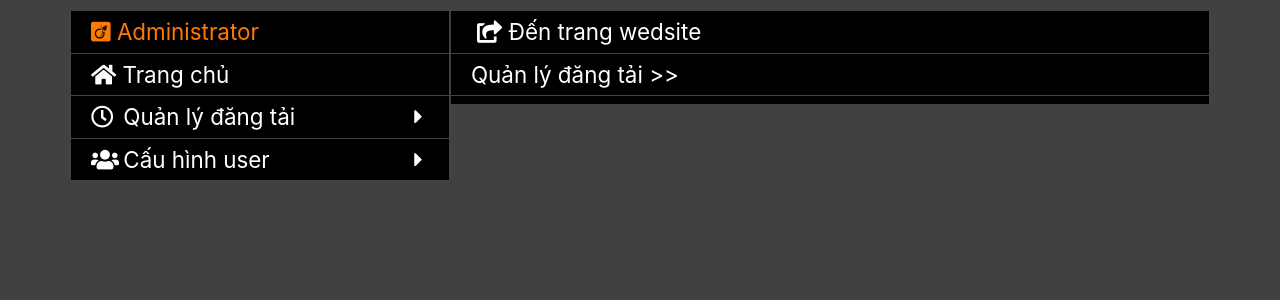
Repository: SonNguyen892002/Lau-Dai-Code
Page: http://localhost/wed-jdbc-1-2023/common/admin/header.jsp
These files come from the project's save history. The page is drawn as it stood at one moment and after the next save; the edit follows.
The browser window is 1280 px wide. The pictures show the whole page.
The page is served by Tomcat 9. Nobody is signed in. The application's start-up code is not run.

Above is the page before, as saved 2022-01-15 13:49:04.

After the next save:
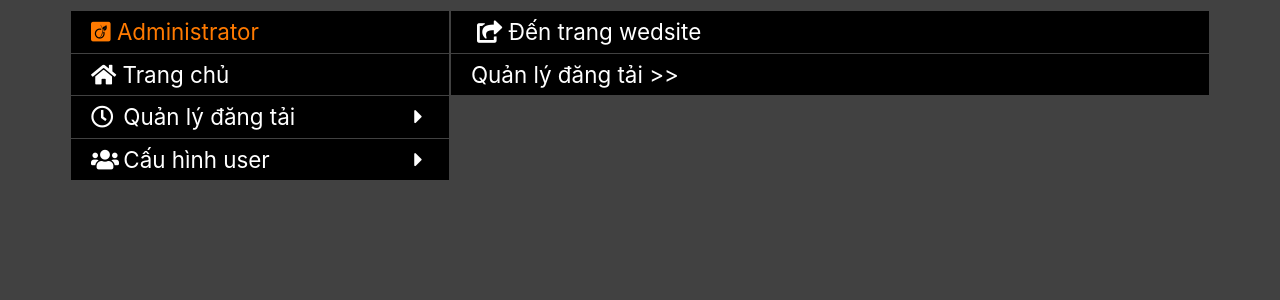
Saved 14 h 56 min later.
--- a/workspace/wed-jdbc-1-2023/src/main/webapp/common/admin/header.jsp
+++ b/workspace/wed-jdbc-1-2023/src/main/webapp/common/admin/header.jsp
@@ -111,5 +111,3 @@
                 <div class="black p2">
                     <span class="t">Quản lý đăng tải >></span>
                 </div>
-
-                <div class="black p2">
